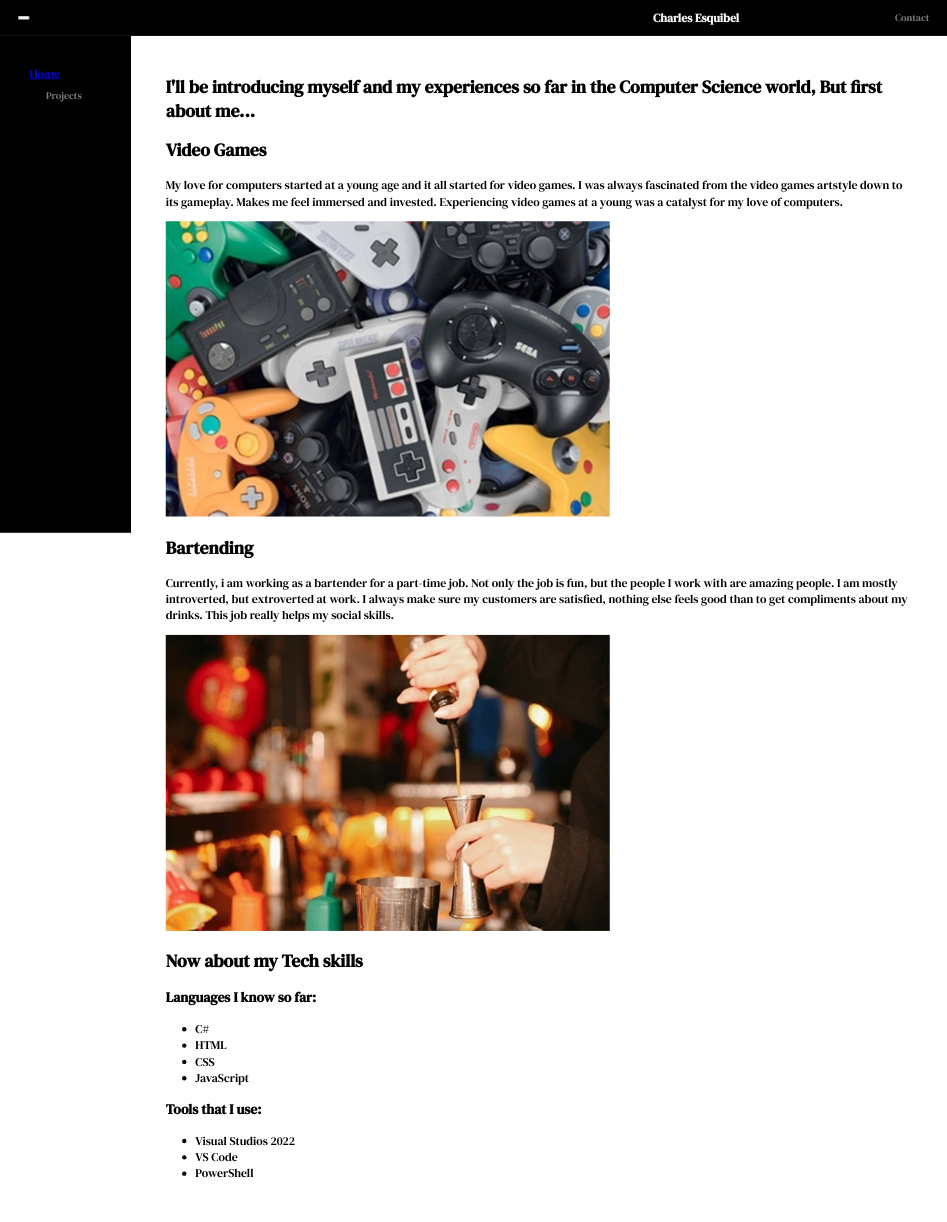
Repository: vGitCharles/vGitCharles
Page: index.html
The author's editor kept a copy of each file at every save. The page is drawn from the files as they stood at one save, then again after the next save.
The browser window is 1280 px wide. The pictures show the whole page, at 74% of full size.

Above is the page before, as saved 2026-05-15 22:09:50.

### index.html
<!DOCTYPE html>
<html lang="en">
<head>
    <meta charset="UTF-8">
    <meta name="viewport" content="width=device-width, initial-scale=1.0">
    <link rel="stylesheet" href="./styles/globals.css">
    <link rel="stylesheet" href="./styles/index.css">
    <title>Home</title>
</head>
<body>

    <!--Sticky Header-->
    <header class="topBar">
        <button class="hamburger" id="hamburger" aria-label="Open Navigation" aria-expanded="false" aria-coontrols="sidebar"></button>
        <span></span>
        <span></span>
        <span></span>
        </button>
        <p class="TopBar_Name"> Charles Esquibel</p>
        <a class="TopBar_Email" href="mailto:esquibelcharles@gmail.com">Contact</a>
    </header>

    <!--Sidebar-->
    <nav class="sidebar" aria-label="Site Navigation">
        <ul>
            <li><a href="./index.html" class="SideBar_Link active">Home</a></li>
            <li><a href="./pages/projects.html" class="sidebar_link">Projects</a></li>
        </ul>
    </nav>
    <main class="page-content">






    <h2>I'll be introducing myself and my experiences so far in the Computer Science world, But first about me...</h2>
    <h2>Video Games</h2>

    <p>My love for computers started at a young age and it all started for video games. I was always fascinated from the video games artstyle down to its gameplay. Makes me feel immersed and invested. Experiencing video games at a young was a catalyst for my love of computers.</p>

    <img src="./assets/images/gamer-600.jpg"
     srcset="./assets/images/gamer-800.jpg 400w
    ./assets/images/gamer-1200.jpg 1200w
    ./assets/images/gamer-400.jpg 400w
    "
    sizes="100vw"

    alt="gamer stock image">
    <h2>Bartending</h2>
    <p>Currently, i am working as a bartender for a part-time job. Not only the job is fun, but the people I work with are amazing people. I am mostly introverted, but extroverted at work. I always make sure my customers are satisfied, nothing else feels good than to get compliments about my drinks. This job really helps my social skills.</p>
    <img src="./assets/images/bartender-600.jpg"
    srcset="./assets/images/bartender-800.jpg 800w
    ./assets/images/bartender-1200.jpg 1200w
    ./assets/images/bartender-400.jpg 400w
    "
    sizes="100vw"

    alt="bartender making a drink">
    <h2>Now about my Tech skills</h2>
    <h3>Languages I know so far:</h3>
    <ul>
        <li>C#</li>
        <li>HTML</li>
        <li>CSS</li>
        <li>JavaScript</li>
    </ul>
    <h3>Tools that I use:</h3>
    <ul>
        <li>Visual Studios 2022</li>
        <li>VS Code</li>
        <li>PowerShell</li>
    </ul>
      </main>
</body>
</html>

### styles/globals.css
@font-face {
    font-family:'IBM';
    src: url('../assets/fonts/DM_Serif_Text/DMSerifText-Regular.ttf') format('truetype');
}

body{
    font-family:'IBM',sans-serif ;
}

### styles/index.css
.topBar{
    position: fixed;
    top:0;
    left: 0;
    right: 0;
    height:3rem;
    z-index: 100;
    background-color: black;
    border-bottom: 1px solid #2a2520;
    display: flex;
    align-items: center;
    justify-content: space-between;
    padding: 0 1.5rem;

}
.TopBar_Name{
    font-family:'IBM', sans-serif ;
    font-size: 1rem;
    color:whitesmoke;
    font-weight: 600;
}
.TopBar_Email{
    font-family: 'IBM',sans-serif;
    font-size:0.85rem;
    color: grey;
    text-decoration: none;
    transition: color 0.2s;
}
.TopBar_Email:hover{
    color: yellow;
}

.sidebar{
    position: fixed;
    top:3rem;
    left: 0;
    bottom:0;
    width: 11rem;
    background-color: black;
    border-right: 1px solid black;
    padding:1.5rem 0;
}
.sidebar_link{
    display:block;
    padding: 0.6rem 1.25rem;
    font-family: 'IBM', sans-serif;
    font-size:0.85rem;
    color: grey;
    text-decoration: none;
    border-left: 2px solid transparent;
    transition:color 0.2s, border-color 0.2s, background-color 0.2s;
}
.sidebar_link:hover{
    color:white;
    background-color: black;
    border-left-color: darkorange;

}
.sidebar_link:active{
    color:goldenrod;
    border-left-color: goldenrod;
    background-color: black;
}
.page-content{
    margin-top: 3rem;
    margin-left: 11rem;
    padding:2rem 2.5rem;
}
@media (min-width:50rem){
    .
}

After the next save:
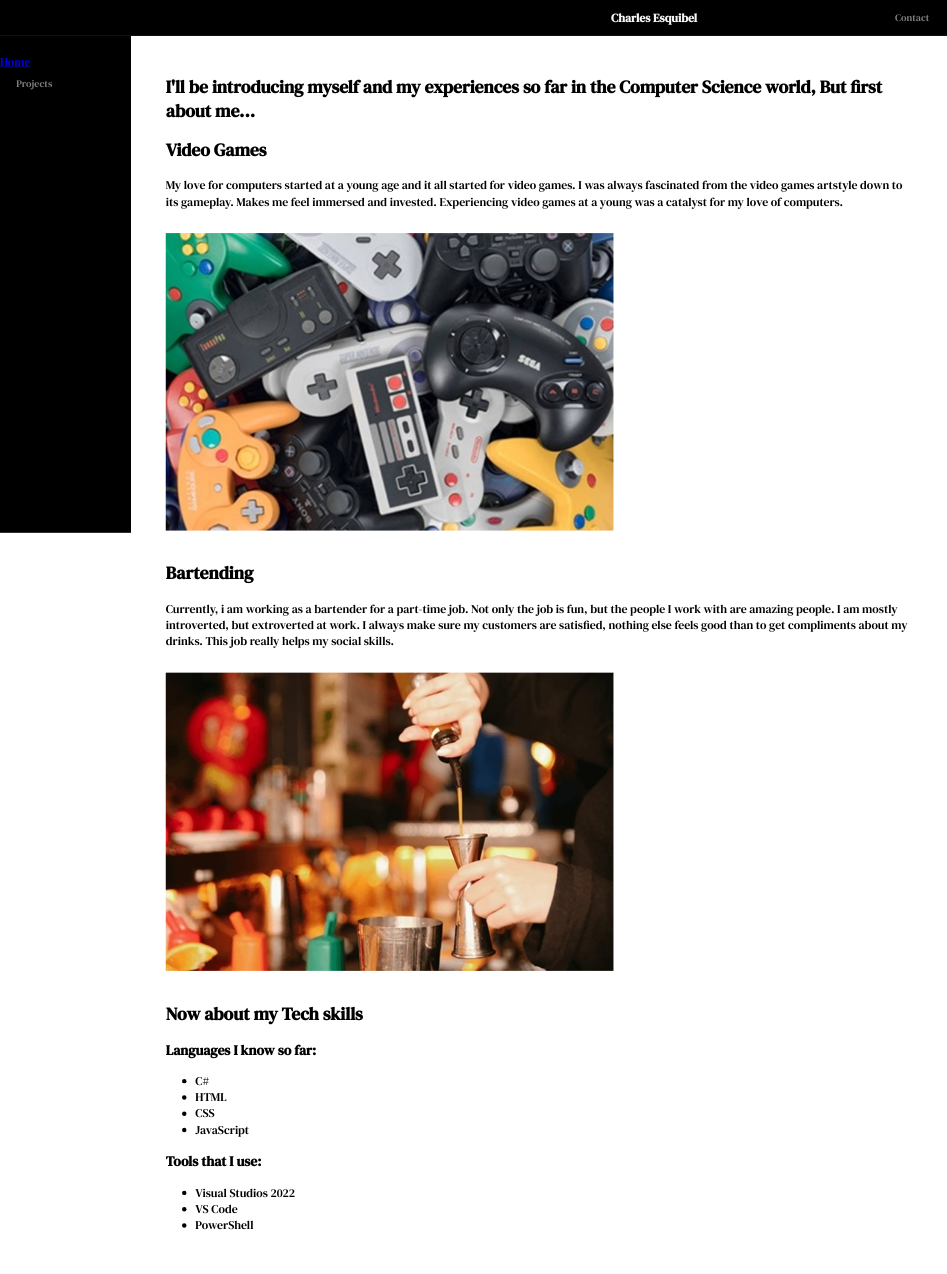
Saved 11 min 28 s later.
--- a/styles/index.css
+++ b/styles/index.css
@@ -29,7 +29,7 @@
 .TopBar_Email:hover{
     color: yellow;
 }
-
+/*SideBar*/
 .sidebar{
     position: fixed;
     top:3rem;
@@ -39,7 +39,16 @@
     background-color: black;
     border-right: 1px solid black;
     padding:1.5rem 0;
+    /*hidden off-screen on mobile*/
+    transform: translateX(-100%);
+    z-index:90;
 }
+.sidebar ul{
+    list-style: none;
+    margin:0;
+    padding:0;
+}
+
 .sidebar_link{
     display:block;
     padding: 0.6rem 1.25rem;
@@ -61,11 +70,61 @@
     border-left-color: goldenrod;
     background-color: black;
 }
+.sidebar.is-open{
+    transform:translateX(0);
+}
+/*Hamburger button (mobile only) https://www.w3schools.com/howto/howto_css_menu_icon.asp*/
+.hamburger{
+    display:flex;
+    flex-direction: column;
+    gap:5px;
+    background: none;
+    border:none;
+    cursor:pointer;
+    padding: 0.25rem;
+    margin-right: 0.75rem;
+}
+.hamburger span{
+    display:block;
+    width:1.4rem;
+    height:1.5px;
+    background-color:white;
+    border-radius: 2px;
+}
+
+/*Main Content*/
 .page-content{
     margin-top: 3rem;
     margin-left: 11rem;
     padding:2rem 2.5rem;
 }
-@media (min-width:50rem){
-    .
+.page-content img{
+    width:100%;
+    height: auto;
+    margin-block: 1rem;
 }
+/* Tablet*/
+@media (min-width:40rem){
+    .page-content{
+        padding: 2rem 1.5rem;
+    }
+    .page-content img{
+        max-width: 80%;
+    }
+}
+/*Desktop*/
+@media (min-width: 50rem){
+    .hamburger{
+        display: none;
+    }
+    .sidebar{
+        transform: translateX(0);
+    }
+    .page-content{
+        margin-left:11rem;
+        padding:2rem 2.5rem;
+    }
+    .page-content img{
+        max-width: 60%;
+    }
+}
